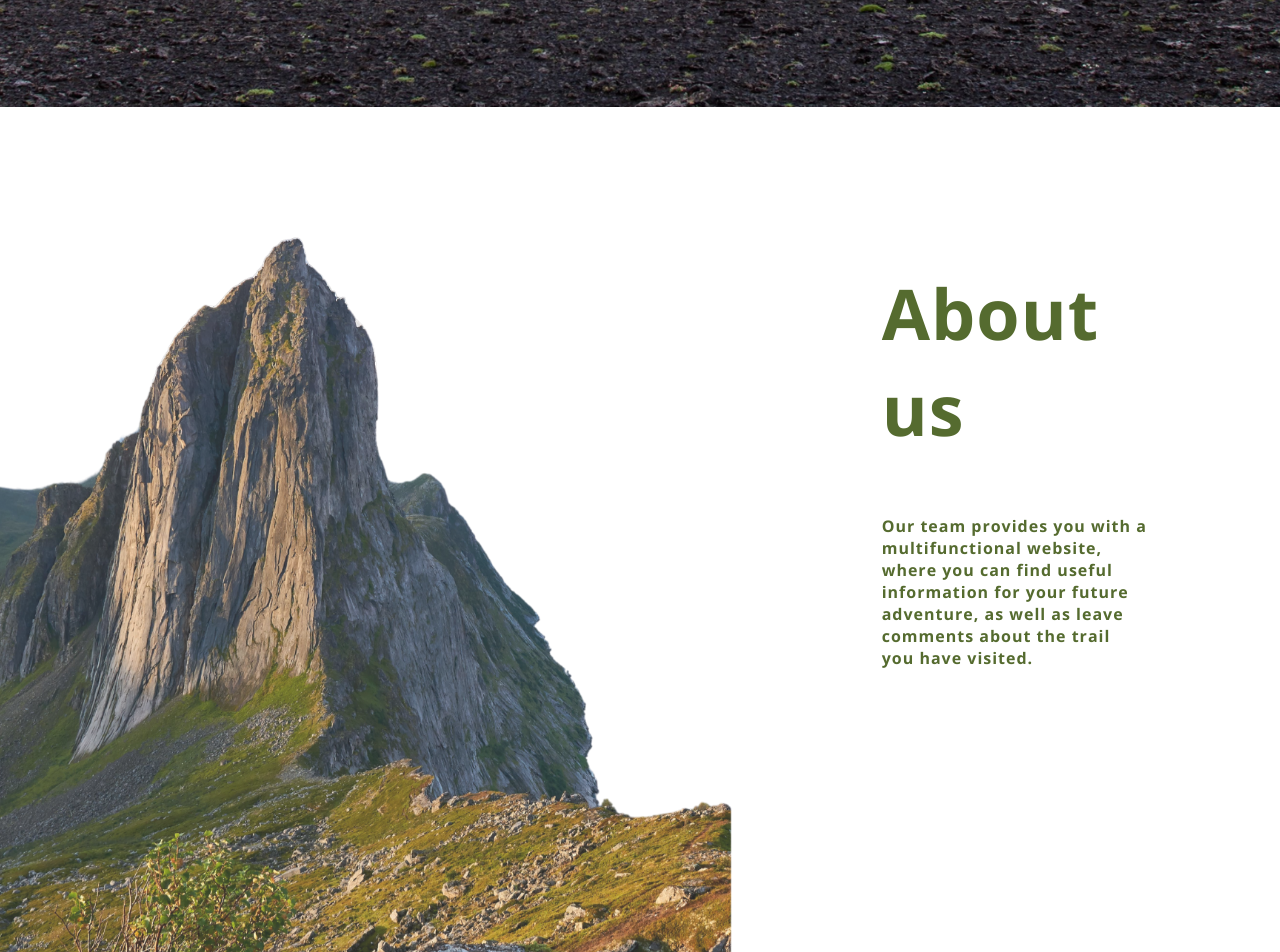
Repository: artembundin/travelrus.github.io
Page: index.html
The author's editor kept a copy of each file at every save. The page is drawn from the files as they stood at one save, then again after a run of saves.
The browser window is 1280 px wide. The pictures show the part of the page from y = 2693 to 3645 px (the page is 5258 px tall).
A picture or video elsewhere on the page could not be fetched, so the positions and the page height are approximate. Backgrounds fixed to the window are drawn as part of the page. Some web fonts or font styles are not loaded; a fallback is used.

Above is the page before, as saved 2025-05-07 23:02:19.
Console error: TypeError: Cannot read properties of null (reading 'offsetTop')

### index.html
<!DOCTYPE html>
<html lang="en">
  <head>
    <meta charset="UTF-8" />
    <meta name="viewport" content="width=device-width, initial-scale=1.0" />
    <title>Document</title>
    <link rel="stylesheet" href="style.css" />
  </head>
  <body>
    <header class="header">
      <div class="container-header">
        <img src="icons/TRAIL TRIBE (3).svg" alt="" class="anim header-logo" />
        <ul class="header-list">
          <li><a class="active" href="/">HOME</a></li>
          <li><a href="/">BLOG</a></li>
          <li><a href="#inf">DISCOVER</a></li>
          <li><a href="/">ABOUT AS</a></li>
        </ul>
      </div>
    </header>
    <main class="main">
      <section class="join">
        <div class="join-container">
          <div class="text_section">
            <h2>Featured Items</h2>
            <p>
              These are some of the basic things that will be useful to you on a
              hike. See the full list on our blog.
            </p>
          </div>
          <a href="#" class="btn_list" id="newPageButton">BLOG</a>
        </div>
      </section>
      <section class="inf" id='inf'>
        <div class="inf-container">
          <h2 class="inf-caption animate-slidein">Find our most popular camps</h2>
          <div class="cards">
              <div class="cards-content">
                <a href="map.html#mapstore">
                  <img src="images/bvt.jpeg" alt="" class="img">
                </a>
                <div class="cards-text">
                  <h4 class="cards-title">The Big Valdai Trail</h4>
                  <p class="cards-sub-title">Its uniqueness lies in the change of ecological systems: spruce-fir forest, broad-leaved forest, pine forest.</p>
                </div>
              </div>
            <div class="cards-content">
              <a href="map.html#mapstore2">
                <img src="images/30.jpeg" alt="" class="img">
              </a>
              <div class="cards-text">
                <h4 class="cards-title">Through the Mountains to the Sea</h4>
                <p class="cards-sub-title">One of the oldest, most popular traveled tourist routes in the Soviet Union.</p>
              </div>
            </div>
            <div class="cards-content">
              <a href="map.html#mapstore3">
                <img src="images/btt.jpeg" alt="" class="img">
              </a>
              <div class="cards-text">
                <h4 class="cards-title">The Great Baikal Trail</h4>
                <p class="cards-sub-title">The trail will connect three national parks and three reserves.</p>
              </div>
            </div>
          </div>
        </div>
      </section>
      <section class="aboutus">
        <div class="aboutus-container">
          <div class="aboutus-image animate-slideleft"></div>
          <div class="aboutus-text animate-slideright">
            <h2 class="aboutus-title">About us</h2>
            <p class="aboutus-sub-title">Our team provides you with a multifunctional website, where you can find useful information for your future adventure, as well as leave comments about the trail you have visited.</p>
          </div>
        </div>
      </section>
      <section class="stuff-list">
      <h2 class="stuff-list-caption animate-appeir">That is useful for any hike</h2>
      <div class="item">
        <div class="stuff-list-container animate-appeir">
            <div class="stuff-item">
                    <p class="item1_title">Knife</p>
                    <img src="images/knife.svg" alt="/" id="item1">
            </div>
            <div class="stuff-item">
                    <p class="item2_title">Sleeping-bag</p>
                    <img src="images/sleepingbag.svg" alt="/" id="item2">
            </div>
            <div class="stuff-item">
                    <p class="item3_title">Tent</p>
                    <img src="images/tent.svg" alt="/" id="item3">
            </div>
          </div>
      </div>
    </section>
  </main>
  <script src="animation.js"></script>
  </body>
</html>




<!--<h2 class="stuff-list-caption">That is useful for any hike</h2>-->

### style.css
@font-face {
  font-family: 'OpenSans';
  src: url(fonts/OpenSans-Regular.woff2) format('woff2');
  font-weight: 400;
  font-style: normal;
  font-display: swap;
}
@font-face {
  font-family: 'OpenSans';
  src: url(fonts/OpenSans-Bold.woff2) format('woff2');
  font-weight: 700;
  font-style: normal;
  font-display: swap;
}


body {
  margin: 0;
  font-family: 'OpenSans';
  background-color: white;
  color: white;
  font-weight: 550;
}

ul {
  list-style: none;
  padding: 0;
  margin: 0;
}

a {
  text-decoration: none;
  color: white;
}

p {
  display: flex;
  /*animation: pfade linear both;
  animation-timeline: view();
  animation-range: entry 50% cover 50%;*/
}


h1, h2, h3, h4, h5, h6 {
  display: flex;
  /*animation: pfade linear both;
  animation-timeline: view();
  animation-range: entry 50% cover 50%;*/
}


/*@keyframes pfade {
  from {
    opacity: 0;
  }
  to {
    opacity: 1;
  }
} */

a {
  text-decoration: none;
}

/*Шапка*/

.header {
  position: relative;
  text-align: center;
  background-image: url(images/hiking3.jpeg);
  background-attachment: fixed;
  background-size: cover;
  background-position: center;
}

.container-header {
  display: flex;
  flex-direction: column;
  align-items: center;
  max-width: 1140px;
  height: 900px;
  margin-left: auto;
  margin-right: auto;
  padding: 0 15px;
}

.header-logo {
  width: 600px;
  height: 600px;
}



.header-img {
  position: absolute;
  width: 100%;
  height: auto;

  background-image: url(images/hiking3.jpeg);
  /*background-attachment: fixed;
    background-size: cover;
    background-position: center;*/
  z-index: -1;
}

.header-list {
  display: flex;
  gap: 40px;
  margin-top: -100px;
  text-decoration: underline;
  text-underline-offset: 10px;
  opacity: 0.6;
  font-weight: 600;
  font-size: 25px;
  letter-spacing: 3px;
}


/*СЕКЦИЯ 1*/

.main {
  display: inline;
}


.join {
  background-image: url('images/cloudmount.png');
  background-size: contain;
  background-repeat: no-repeat;
  animation: pfade linear both;
  animation-timeline: view();
  animation-range: entry 50% cover 50%;
}

@keyframes pfade {
  from {
    opacity: 0;
  }
  to {
    opacity: 1;
  }
}

.join-container {
  display: flex;
  width: 1140px;
  height: 900px;
  padding: 0 15px;
}


.text_section {
  width: 330px;
  height: 500px;
  padding: 100px;
  color: darkolivegreen;
}

.text_section p {
  letter-spacing: 1px;
}

.text_section h2 {
  font-size: 70px;
  font-weight: 700;
}

/*Кнопка*/

.btn_list {
  position: relative;
  text-align: center;
  padding: 5px 10px;
  width: 200px;
  height: 30px;
  top: 550px ;
  right: 430px;
  font-size: 20px;
  color: darkolivegreen;

  background-color: white;
  border-radius: 17px;
  box-shadow: 5px 5px 5px 3px #8a8a8a;
  cursor: pointer;
  transition: .3s;
}

.btn_list:active {
  transform: translateY(4px);
  box-shadow: 0 5px 0 darkgreen;
}


/*Конец кнопки*/



/*СЕКЦИЯ 2*/

.inf {
  background-image: url(images/holm.png);
  background-attachment: fixed;
  background-size: 1700px 900px;
  background-repeat: no-repeat;
  color: #AFD2F2;

}


.inf-caption {
  display: flex;
  justify-content: center;
  font-size: 60px;
  font-weight: 700;
  margin-top: 100px;
  margin-bottom: 200px;

  color: white;
}

@keyframes slidein {
  from {
    transform: translateX(-100%);
    opacity: 0;
  }
  to {
    transform: translateX(0);
    opacity: 1;
  }
}

.inf-caption.animate-slidein {
  animation: slidein;
  animation-duration: 2s;
  animation-timing-function: linear forwards;
  animation-iteration-count: 1;
}

.inf-container {
  max-width: 1700px;
  height: 900px;
  padding: 0 15px;
}

@keyframes fadein {
  from {
    opacity: 0;
  }
  to {
    opacity: 1;
  }
}

.cards {
  display: flex;
  justify-content: center;
  gap: 100px;
  animation: pfade linear both;
  animation-timeline: view();
  animation-range: entry 50% cover 50%;
}

.cards-content {
  display: flex;
  position: relative;
  justify-content: center;
  align-items: center;
  overflow: hidden;




  /*width: 400px;
  border-radius: 20px;
  margin-top: 200px;
  text-align: center;*/
}


.img {
  width: 400px;
  height: 300px;
  border: 3px solid #2E2C33;




  /*max-width: 100%;
  height: 350px;
  object-fit: cover;
  border-radius: 15px;*/
}

.cards-text {
  width: 200px;
  height: 200px;
  background-color: white;
  padding: 1.5rem 2rem;
  box-shadow: 0 8px 24px hsla(0, 0%, 0%, .15);
  border-radius: 1rem;
  position: absolute;
  bottom: -9rem;
  opacity: 0;
  transition: opacity 1s 1s;
}

.cards-title {
  font-size: 28px;
  font-weight: 700;
  margin-bottom: .75rem;
}



.cards-sub-title {
  font-size: 13px;
  font-weight: 400;

}

.cards-content:hover .cards-text{
  animation: show-text 1s forwards;
  opacity: 1;
  transition: opacity .3s;
}

.cards-content {
  animation-name: remove-overflow;
  animation: remove-overflow 2s forwards;

}

.cards-content:not(:hover) {
  animation: show-overflow 2s forwards;
}

.cards-content:not(:hover) .cards-text {
  animation: remove-text 1s forwards;
}

@keyframes show-text {
  50% {
    transform: translateY(-10rem);
  }
  100% {
    transform: translateY(-7rem);
  }
}

@keyframes remove-overflow {
  to {
    overflow: initial;
  }
}

@keyframes remove-text {
  0% {
    transform: translateY(-7rem);
  }
  50% {
    transform: translateY(-10rem);
  }
  100% {
    transform: translateY(.5rem);
  }
}

@keyframes show-overflow {
  0% {
    overflow: initial;
    pointer-events: none;
  }
  50% {
    overflow: hidden;
  }
}


/*СЕКЦИЯ 3 */



.aboutus {
  color: darkolivegreen;
}


.aboutus-container {
  display: flex;

  max-width: 1700px;
  height: 800px;
  margin-top: 100px;
  margin-bottom: 150px;
}


.aboutus-image {
  background-image: url(images/goraaa.png);
  background-size: cover;
  background-repeat: no-repeat;
  width: 1300px;
  height: 800px;
}

@keyframes slideleft {
  from{
    transform: translateX(-100%);
    opacity: 0;
  }
  to {
    transform: translate(0);
    opacity: 1;
  }
}

.aboutus-image.animate-slideleft {
  animation: slideleft;
  animation-duration: 5s;
  animation-timing-function: linear forwards;
  animation-iteration-count: 1;
}

.aboutus-text {
  width: 400px;
  height: 300px;
  text-align: left;
  letter-spacing: 1px;
  margin-right: 150px;
}

.aboutus-text.animate-slideright {
  animation: none;
  animation: slideright;
  animation-duration: 4s;
  animation-timing-function: linear forwards;
  animation-iteration-count: 1;
}

@keyframes slideright {
  from {
    transform: translateX(100%);
  }
  to {
    transform: translateX(0);
  }
}

.aboutus-title {
  font-size: 70px;
  justify-content: left;
}



/*СЕКЦИЯ 3*/


/*.cards {
  display: flex;
  justify-content: center;
  gap: 170px;
} карточки секция */

@keyframes appeir {
  from {
    opacity: 0;
  }
  to {
    opacity: 1;
  }
}

.stuff-list-caption {
  display: flex;
  justify-content: center;
  font-size: 65px;
  font-weight: 700;
  color: darkolivegreen;

}

.stuff-list-caption.animate-appeir {
  animation: appeir;
  animation-duration: 6s;
  animation-timing-function: linear forwards;
  animation-iteration-count: 1;
}

.stuff-list-container.animate-appeir {
  display: grid;
  grid-template-columns: 0.25fr 0.25fr;
  grid-template-rows: 600px 600px;
  gap: 20px;
  max-width: 1200px;
  height: 800px;
  margin-top: 100px;


    /*animation: appeir2 ;
    animation-duration: 1s;
    animation-timing-function: ease-in forwards;
    animation-delay: 1s;
    animation-iteration-count: 1;*/

}

/*@keyframes appeir2 {
  from {
    opacity: 0;
  }
  to {
    opacity: 1;
  }
}*/

.stuff-list {
  color: white;
}


.item {
  background-image: url(/images/sumka.png);
  background-size: 1300px 800px;
  background-repeat: no-repeat;
  background-position: center;
}


#item1 {
  background-color: lemonchiffon;
  position: relative;
  left: 490px;
  top: 160px;
}



#item2 {
  background-color: lightpink;
  position: relative;
  left: 390px;
  top: 130px;
}



#item3 {
  background-color: lightsteelblue;
  position: relative;
  left: 530px;
  bottom: 230px;
}

.item1_title {
  position: relative;
  left: 490px;
  top: 160px;
  font-size: 17px;
}

.item2_title {
  position: relative;
  left: 390px;
  top: 130px;
  font-size: 17px;
}

.item3_title {
  position: relative;
  left: 530px;
  bottom: 230px;
  font-size: 17px;
}

/* В конец файла добавим медиа-запросы */

/* Для планшетов */
@media screen and (max-width: 1024px) {
  .container-header {
    height: 700px;
  }

  .header-logo {
    width: 400px;
    height: 400px;
  }

  .header-list {
    font-size: 20px;
    gap: 20px;
  }

  .join-container {
    width: 100%;
    padding: 0 20px;
  }

  .text_section {
    padding: 50px;
  }

  .text_section h2 {
    font-size: 50px;
  }

  .cards {
    flex-wrap: wrap;
    gap: 50px;
  }

  .img {
    width: 300px;
    height: 225px;
  }

  .aboutus-container {
    flex-direction: column;
    height: auto;
  }

  .aboutus-image {
    width: 100%;
    height: 500px;
  }

  .aboutus-text {
    width: 100%;
    margin: 20px;
  }
}

/* Для мобильных устройств */
@media screen and (max-width: 768px) {
  .container-header {
    height: 500px;
  }

  .header-logo {
    width: 300px;
    height: 300px;
  }

  .header-list {
    font-size: 16px;
    gap: 15px;
    flex-direction: column;
  }

  .text_section h2 {
    font-size: 40px;
  }

  .btn_list {
    right: 200px;
  }

  .inf-caption {
    font-size: 40px;
    margin: 50px 0;
  }

  .cards-content {
    width: 100%;
  }

  .img {
    width: 100%;
    max-width: 300px;
  }

  .stuff-list-container {
    grid-template-columns: 1fr;
    grid-template-rows: auto;
  }

  #item1, #item2, #item3,
  .item1_title, .item2_title, .item3_title {
    left: 50%;
    transform: translateX(-50%);
    position: relative;
    top: 0;
    bottom: 0;
  }

  .stuff-list-caption {
    font-size: 40px;
    text-align: center;
  }
}

/* Для маленьких экранов */
@media screen and (max-width: 480px) {
  .header-logo {
    width: 200px;
    height: 200px;
  }

  .text_section {
    width: 100%;
    padding: 20px;
  }

  .text_section h2 {
    font-size: 30px;
  }

  .btn_list {
    width: 150px;
    right: 100px;
  }
}

### animation.js
window.addEventListener('scroll', function() {
    var infCaption = document.querySelector('.inf-caption');
    var infOffsetTop = infCaption.offsetTop;
    var windowHeight = window.innerHeight;
    var scrollTop = window.scrollY;

    if (scrollTop > infOffsetTop - windowHeight) {
    infCaption.classList.add('animate-slidein');
    }
    else {
    infCaption.classList.remove('animate-slidein');
    }
});

window.addEventListener('scroll', function() {
    var aboutusSection = document.querySelector('.aboutus');
    var aboutusOffsetTop = aboutusSection.offsetTop;
    var windowHeight = window.innerHeight;
    var scrollTop = window.scrollY;

    if (scrollTop > aboutusOffsetTop - windowHeight) {
    document.querySelector('.aboutus-image').classList.add('animate-slideleft');
    document.querySelector('.aboutus-text').classList.add('animate-slideright');
    }
    else {
    document.querySelector('.aboutus-image').classList.remove('animate-slideleft');
    document.querySelector('.aboutus-text').classList.remove('animate-slideright');
    }
});


window.addEventListener('scroll', function() {
    var stuffSection = document.querySelector('.stuff-list');
    var stuffOffsetTop = stuffSection.offsetTop;
    var windowHeight = window.innerHeight;
    var scrollTop = window.scrollY;

    if (scrollTop > stuffOffsetTop - windowHeight) {
    document.querySelector('.stuff-list-caption').classList.add('animate-appeir');
    }
    else {
    document.querySelector('.stuff-list-caption').classList.remove('animate-appeir');
    }
});

document.addEventListener('scroll', function() {
    var stuffSection = document.querySelector('.stuff-list-container');
    var windowHeight = window.innerHeight;
    var stuffOffsetTop = stuffSection.offsetTop;
    var scrollTop = window.scrollY;

    if (scrollTop > stuffOffsetTop - windowHeight) {
        stuffSection.classList.add('animate-appeir');
    } else {
        stuffSection.classList.remove('animate-appeir');
    }
});

document.addEventListener('scroll', function() {
    var footer = document.querySelector('.footer');
    var windowHeight = window.innerHeight;
    var footerOffsetTop = footer.offsetTop;
    var scrollTop = window.scrollY;

    if (scrollTop > footerOffsetTop - windowHeight) {
        footer.classList.add('animate-appeir-footer');
    } else {
        footer.classList.remove('animate-appeir-footer');
    }
});

document.addEventListener('scroll', function() {
    var socialContainer = document.querySelector('.social-container');
    var windowHeight = window.innerHeight;
    var socialContainerOffsetTop = socialContainer.offsetTop;
    var scrollTop = window.scrollY;

    if (scrollTop > socialContainerOffsetTop - windowHeight) {
        socialContainer.classList.add('animate-appeir3');
    } else {
        socialContainer.classList.remove('animate-appeir3');
    }
});

const newPageButton = document.getElementById('newPageButton');

newPageButton.addEventListener('click', function() {
    window.open('blog.html');
});

After the next 3 saves:
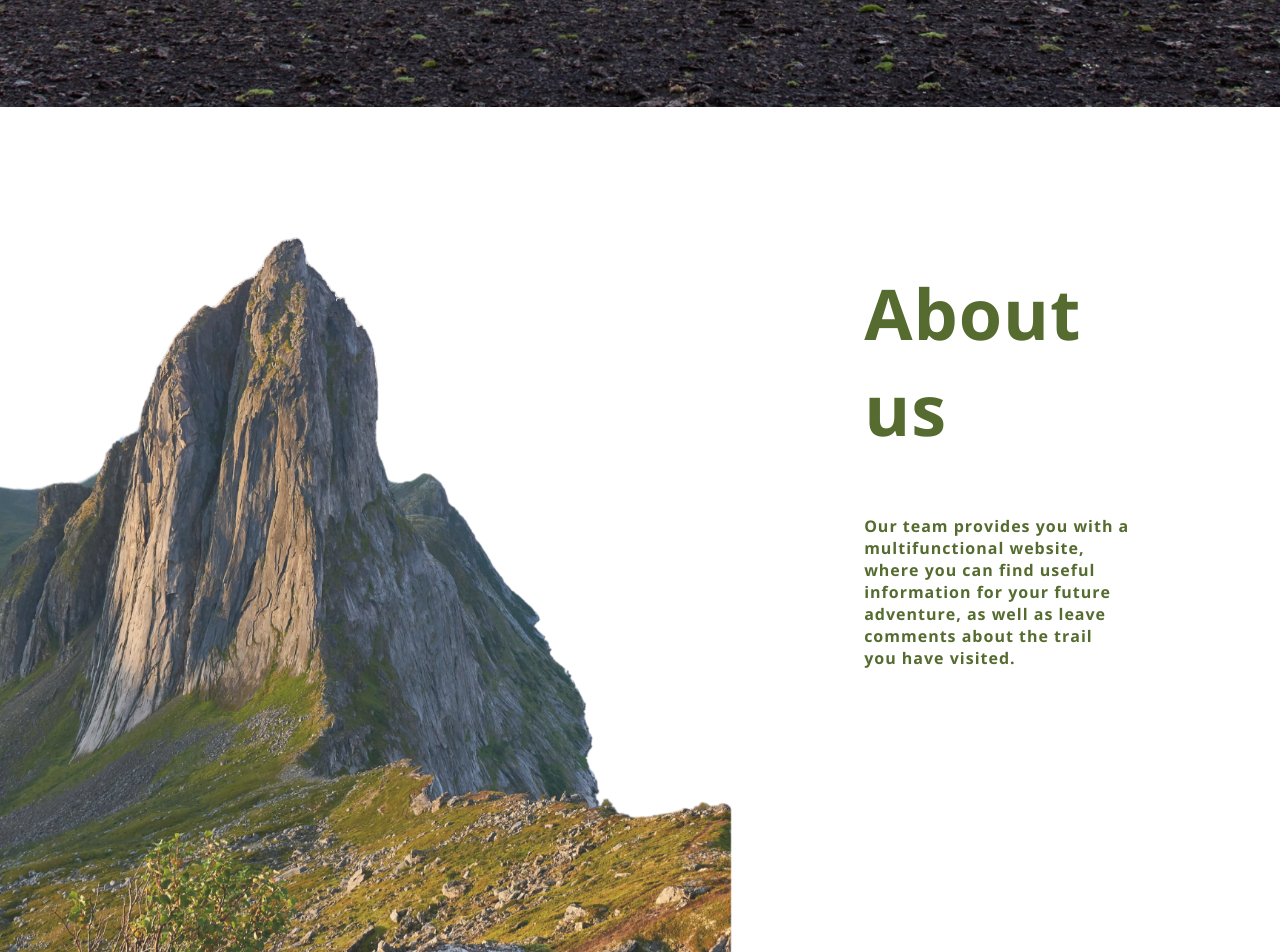
The 3 saves are shown as one change because they came seconds apart.
The last was saved 10 s later.
--- a/style.css
+++ b/style.css
@@ -429,7 +429,7 @@ a {
   margin-right: 150px;
 }
 
-.aboutus-text.animate-slideright {
+/.aboutus-text.animate-slideright {
   animation: none;
   animation: slideright;
   animation-duration: 4s;
